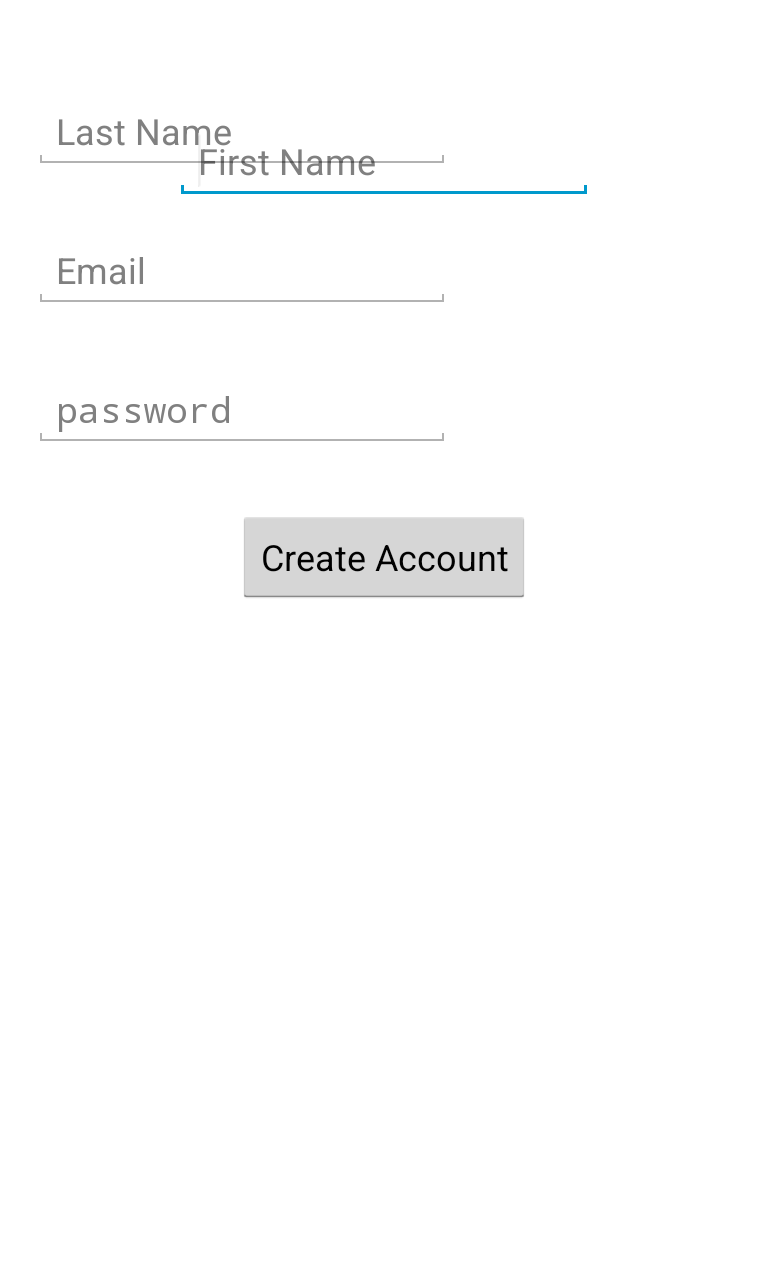
Repository: NarenPamza/Android_Template
Layout: LastNightParty/res/layout/activity_create_new_account.xml
These files come from the project's save history. The layout is drawn as it stood at one moment and after the next save; the edit follows.
It is drawn on a 768 x 1280 px phone screen (xhdpi) without system bars, with theme AppTheme; the app's code is not run. The app's manifest (not shown) leaves right-to-left support off. So textAlignment, textDirection and layoutDirection are ignored, and left and right values win over start and end ones.

Above is the layout before, as saved 2015-12-25 14:55:07.

### LastNightParty/res/layout/activity_create_new_account.xml
<RelativeLayout xmlns:android="http://schemas.android.com/apk/res/android"
    xmlns:tools="http://schemas.android.com/tools"
    android:layout_width="match_parent"
    android:layout_height="match_parent"
    android:paddingBottom="@dimen/activity_vertical_margin"
    android:paddingLeft="@dimen/activity_horizontal_margin"
    android:paddingRight="@dimen/activity_horizontal_margin"
    android:paddingTop="@dimen/activity_vertical_margin"
    tools:context="com.androidParty.lastnightparty.CreateNewAccountActivity" >

    <EditText
        android:id="@+id/first_name"
        android:layout_width="wrap_content"
        android:layout_height="wrap_content"
        android:layout_alignParentTop="true"
        android:layout_centerHorizontal="true"
        android:layout_marginTop="45dp"
        android:ems="10"
        android:hint="@string/first_name"
        android:inputType="textPersonName"
        android:labelFor="@+id/first_name
        ">
        <requestFocus />
    </EditText>

    <EditText
        android:id="@+id/editText2"
        android:layout_width="wrap_content"
        android:layout_height="wrap_content"
        android:layout_marginTop="30dp"
        android:hint="@string/last_name"
        android:ems="10"
        android:inputType="textPersonName"
        android:labelFor="@+id/editText2" />

    <EditText
        android:id="@+id/editText3"
        android:layout_width="wrap_content"
        android:layout_height="wrap_content"
        android:layout_alignStart="@+id/editText2"
        android:layout_below="@+id/editText2"
        android:layout_marginTop="30dp"
        android:ems="10"
        android:hint="@string/email"
        android:inputType="textEmailAddress"
        android:labelFor="@+id/editText3"/>

    <EditText
        android:id="@+id/editText4"
        android:layout_width="wrap_content"
        android:layout_height="wrap_content"
        android:layout_alignEnd="@+id/editText3"
        android:layout_alignStart="@+id/editText3"
        android:layout_below="@+id/editText3"
        android:layout_marginTop="30dp"
        android:ems="10"
        android:hint="@string/password"
        android:inputType="textPassword"
        android:labelFor="@+id/editText4" />

    <Button
        android:id="@+id/button1"
        android:layout_width="wrap_content"
        android:layout_height="wrap_content"
        android:layout_below="@+id/editText4"
        android:layout_centerHorizontal="true"
        android:layout_marginTop="30dp"
        android:text="@string/create_account" />
</RelativeLayout>

### LastNightParty/res/values/strings.xml
<?xml version="1.0" encoding="utf-8"?>
<resources>

    <string name="app_name">LastNightParty</string>
    <string name="hello_world">Last Nyte</string>
    <string name="action_settings">Settings</string>
    <string name="create_new">Create New Account</string>
    <string name="sign_in">Sign in With Email</string>
    <string name="title_activity_create_new_account">CreateNewAccountActivity</string>
    <string name="title_activity_sign_in">SignInActivity</string>
    <string name="Sign_In_Button">Sign In</string>

    <string name="user_name">user name</string>
    <string name="password">password</string>

    <string name="first_name">First Name</string>
    <string name="last_name">Last Name</string>
    <string name="email">Email</string>
    <string name="create_account">Create Account</string>
</resources>

Loaded but not shown: LastNightParty/res/values/styles.xml (common file); LastNightParty/res/values-v11/styles.xml (common file); LastNightParty/res/values-v14/styles.xml (common file); LastNightParty/res/values/dimens.xml (common file); LastNightParty/res/values-w820dp/dimens.xml (common file)

After the next save:
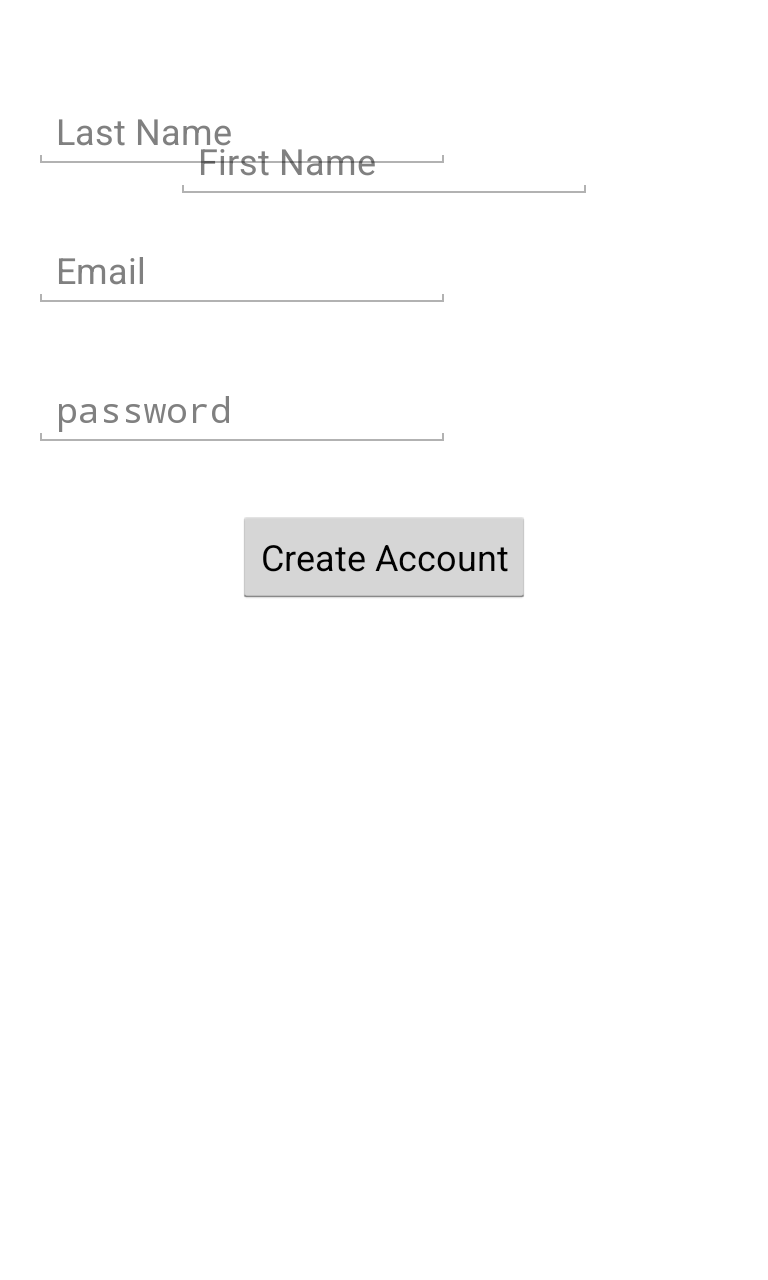
Saved 66 s later.
--- a/LastNightParty/res/layout/activity_create_new_account.xml
+++ b/LastNightParty/res/layout/activity_create_new_account.xml
@@ -19,9 +19,7 @@
         android:hint="@string/first_name"
         android:inputType="textPersonName"
         android:labelFor="@+id/first_name
-        ">
-        <requestFocus />
-    </EditText>
+        "/>
 
     <EditText
         android:id="@+id/editText2"
